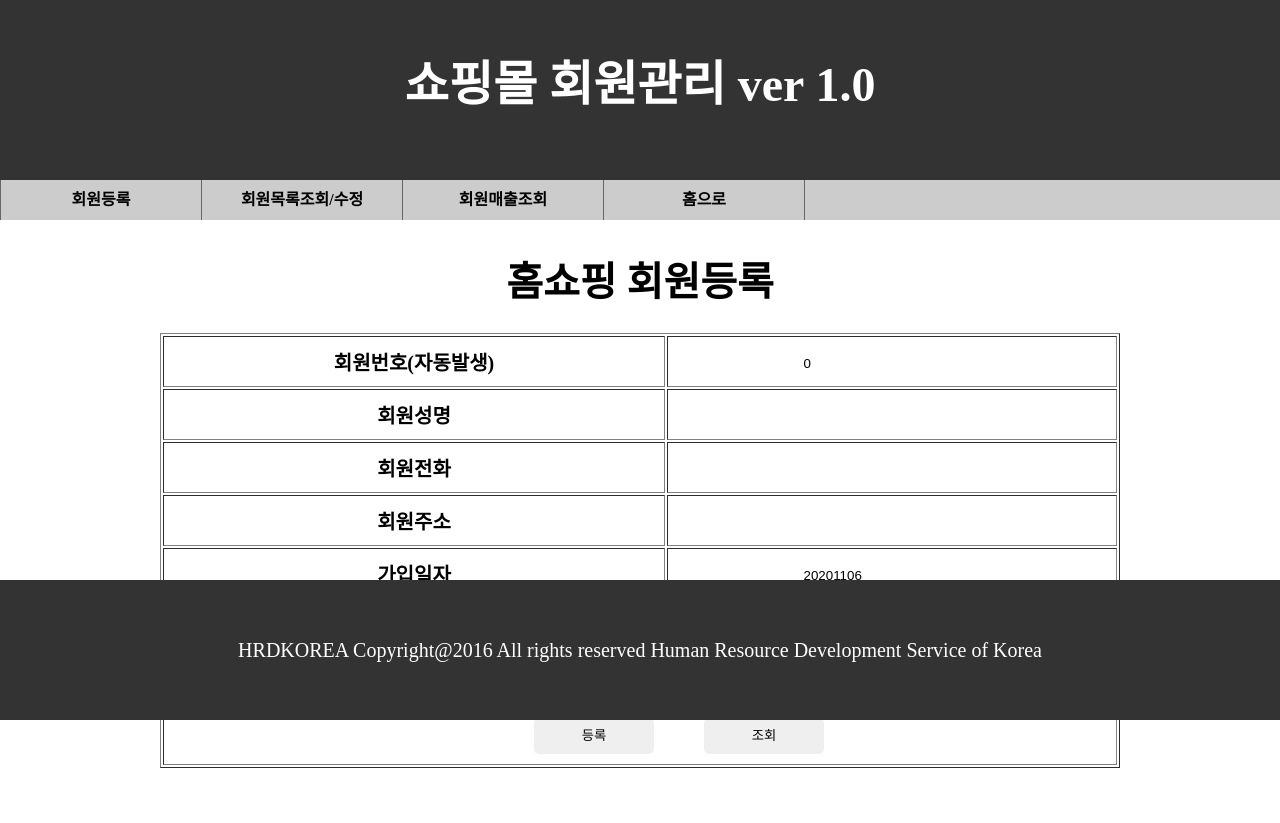
Repository: jsky1234/NCS
Page: http://localhost/HRD_1/memberIns.jsp
An editor plug-in stored every save of this project. The page is shown before and after the next save, followed by the edit.
The browser window is 1280 px wide. The pictures show the whole page.
The page is served by Tomcat 9. Queries for data that is not in the repository find no rows.

Above is the page before, as saved 2020-11-10 05:12:33.
Console error: ReferenceError: form is not defined

### ncs1/HRD_1/WebContent/memberIns.jsp
<%@ page language="java" contentType="text/html; charset=UTF-8"
    pageEncoding="UTF-8"%>
<%@ page import="java.sql.PreparedStatement" %>
<%@ page import="java.sql.DriverManager" %>
<%@ page import="java.sql.Connection" %>
<%@ page import="java.sql.ResultSet" %>
<%@ page import="DBPKG.DBcon" %>
<%@ page import="java.util.*, java.text.*" %>
<%@ include file="admin_header.jsp" %>
<style>
.main_help { width: 960px; margin: 25px auto; font-size: 20px; }
.main_help ol { padding-top: 5px; }
.tb { display: table; border 1px solid #333; width: 960px; text-align: center;}
.tb tr { display: table-row; }
.tb td, .tb th { display: table-cell; padding: 10px; }
.tb th { width: 480px; }
button { display: block; float: left; width: 120px; line-height: 36px; text-align: center; margin-right: 25px; margin-left: 25px; border-radius: 5px ;}
button:first-child { margin-left: 360px;}
</style>
<%@ include file="admin_nav.jsp" %>
<%
request.setCharacterEncoding("utf-8");

Connection conn = null;
PreparedStatement pstmt = null;
ResultSet rs;

Date date = new Date();
SimpleDateFormat simple = new SimpleDateFormat("yyyyMMdd");
String sdate = simple.format(date);

	try {
		conn = DBcon.getConnection();
		String sql = "SELECT * FROM member_tbl_02 ORDER BY custno DESC";
		pstmt = conn.prepareStatement(sql);
		rs = pstmt.executeQuery();

		int i = 0, num = 0;
		while(rs.next()) {
			num = rs.getInt("custno");
			i++;
			num++;
			if(i > 0) break;
		}
%>
<main class="content">
	<section class="page" id="page1">
		<h2 class="page_tit">홈쇼핑 회원등록</h2>
		<div class="main_help">
			<form name="register1" id="register1" action="memberInsPro.jsp" method="get">
				<table class="tb" border="1">
					<tbody>
						<tr>
							<th><label for="custno">회원번호(자동발생)</label></th>
							<td><input type="text" name="custno" id="custno" value="<%=num%>" /></td>
						</tr>
						<tr>
							<th><label for="custname">회원성명</label></th>
							<td><input type="text" name="custname" id="custname" /></td>
						</tr>
						<tr>
							<th><label for="phone">회원전화</label></th>
							<td><input type="text" name="phone" id="phone" /></td>
						</tr>
						<tr>
							<th><label for="address">회원주소</label></th>
							<td><input type="text" name="address" id="address" /></td>
						</tr>
						<tr>
							<th><label for="joindate">가입일자</label></th>
							<td><input type="text" name="joindate" id="joindate" value="<%=sdate%>" /></td>
						</tr>
						<tr>
							<th><label for="grade">고객등급(A:VIP, B:일반, C:직원)</label></th>
							<td>
								<select name="grade" id="grade">
									<option value="">선택안함</option>
									<option value="A">A</option>
									<option value="B">B</option>
									<option value="C">C</option>
								</select>
							</td>
						</tr>
						<tr>
							<th><label for="city">도시코드</label></th>
							<td><input type="text" name="city" id="city" /></td>
						</tr>
						<td colspan="2">
							<button type="button" id="subit_btn">등록</button>
							<button type="button" id="search_btn">조회</button>
						</td>
					</tbody>
				</table>
			</form>
			<script>
			var submit_btn = document.getElementById("submit_btn");
			var search_btn = document.getElementById("search_btn");
			var custname = form.custname
			var phone = form.address
			var grade = form.grade
			var city = form.city

			</script>
		</div>
	</section>
</main>
<%
	} catch(Exception e) {
		System.out.println("ProductBean error : "+e);
	} finally {
		try {
			if(pstmt != null) pstmt.close();
			if(conn != null) conn.close();
		} catch(Exception e) {
			//핸들 에러 프린트
			System.out.println("DB Close error : "+e);
		}
	}
%>
<%@ include file="admin_footer.jsp" %>

### ncs1/HRD_1/WebContent/admin_header.jsp
<%@ page language="java" contentType="text/html; charset=UTF-8"
    pageEncoding="UTF-8"%>
<% request.setCharacterEncoding("utf-8"); %>
<!DOCTYPE html>
<html>
<head>
<meta charset="UTF-8">
<link rel="stylesheet" href="./css/main.css" />
<title>관리자 모드로 로그인 중</title>
</head>
<body>
<header class="hd">
	<h2 class="tit">쇼핑몰 회원관리 ver 1.0</h2>
</header>

### ncs1/HRD_1/WebContent/admin_nav.jsp
<%@ page language="java" contentType="text/html; charset=UTF-8"
    pageEncoding="UTF-8"%>
<nav class="gnb">
	<ul>
		<li><a href="memberIns.jsp">회원등록</a></li>
		<li><a href="">회원목록조회/수정</a></li>
		<li><a href="">회원매출조회</a></li>
		<li><a href="admin.jsp">홈으로</a></li>
	</ul>
</nav>

### ncs1/HRD_1/WebContent/admin_footer.jsp
<%@ page language="java" contentType="text/html; charset=UTF-8"
    pageEncoding="UTF-8"%>
<footer class="ft">
	<div class="ft_wrap">
		<div class="admin_copy">
			<p class="copyright">HRDKOREA Copyright@2016 All rights reserved Human Resource Development Service of Korea</p>
		</div>
	</div>
</footer>
</body>
</html>

### ncs1/HRD_1/src/DBPKG/DBcon.java
package DBPKG;

import java.sql.Connection;
import java.sql.DriverManager;
import java.sql.SQLException;

public class DBcon {
	public static Connection getConnection() throws Exception{
		Class.forName("oracle.jdbc.OracleDriver");
		Connection con = DriverManager.getConnection("jdbc:oracle:thin:@//localhost:1521/xe", "sky", "1234");
		return con;
	}
}

### ncs1/HRD_1/WebContent/css/main.css
@charset "UTF-8";

* { margin: 0; padding: 0; }
body, html { width: 100%; height: 100%; }
ul { list-style : none; }
a { text-decoration: none; }
button, label, input { outline: 0; border: 0; user-select: none; }
img { border: 0; }
ol { padding: 30px; }

.hd { clear: both; min-height: 180px; background-color: #333; }
.tit { font-size: 48px; text-align: center; line-height: 140px; color: #fff; padding-top: 15px;}
.gnb { clear: both; height: 40px; background-color: #cccccc; }
.gnb li { float: left; min-width: 120px; width: auto; }
.gnb a { display:block; text-align: center; line-height: 40px; width: 200px; height: 40px; color: #000000; font-weight: 700; border-left: 1px solid #666666; }
.gnb li:last-child { border-right: 1px solid #666666; }

.page { clear: both; padding: 30px 0 30px 0; }
.page_tit { text-align: center; font-size: 40px; }
.item_tit1 { font-size: 24px; margin-top: 30px; }
.item_tit2 { font-size: 18px; margin-top: 40px;}

.ft { clear: both; position: absolute;  width: 100%; bottom: 0; min-height:80px; height: 140px; background-color: #333; }
.copyright { color: #fff; font-size: 20px; text-align: center; margin-top: 20px; line-height: 100px;}

After the next save:
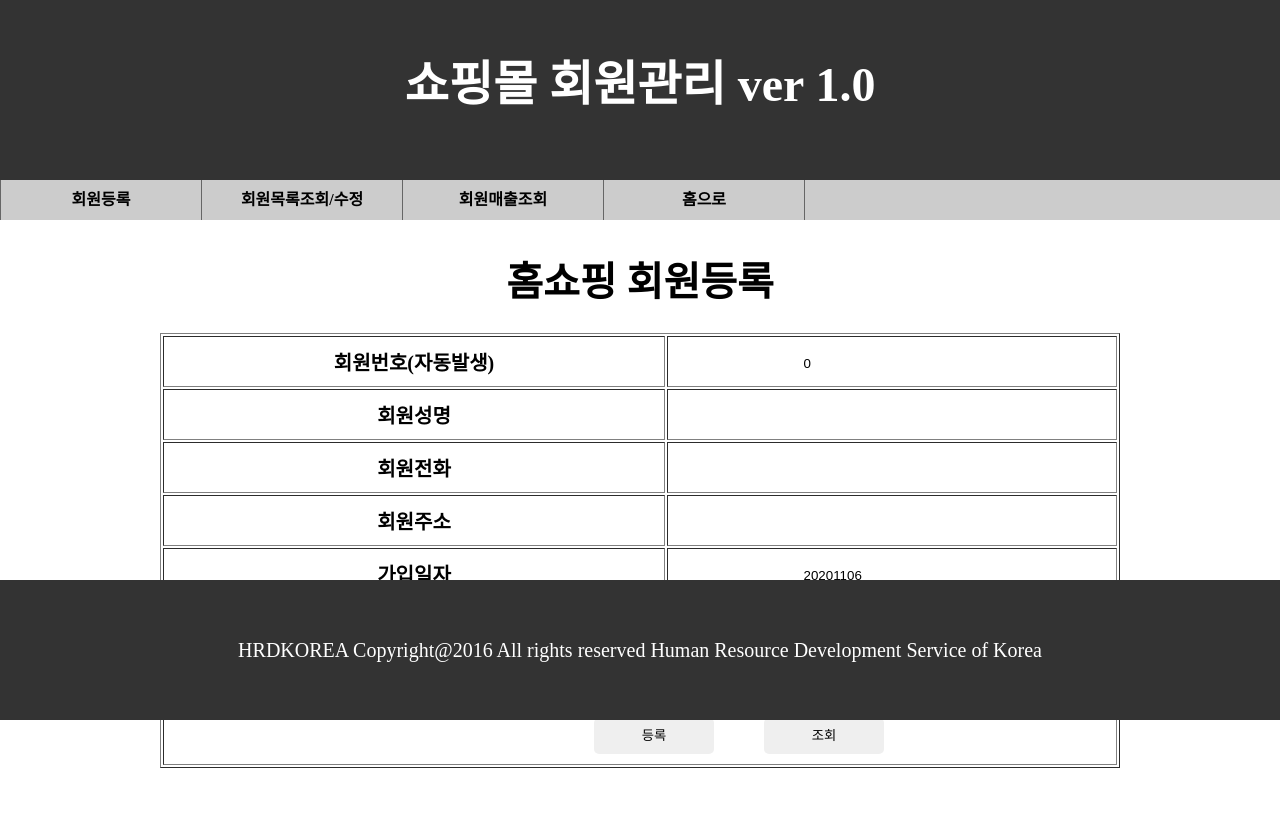
Saved 12 s later.
--- a/ncs1/HRD_1/WebContent/memberIns.jsp
+++ b/ncs1/HRD_1/WebContent/memberIns.jsp
@@ -15,7 +15,7 @@
 .tb td, .tb th { display: table-cell; padding: 10px; }
 .tb th { width: 480px; }
 button { display: block; float: left; width: 120px; line-height: 36px; text-align: center; margin-right: 25px; margin-left: 25px; border-radius: 5px ;}
-button:first-child { margin-left: 360px;}
+button:first-child { margin-left: 420px;}
 </style>
 <%@ include file="admin_nav.jsp" %>
 <%

After the save that followed:
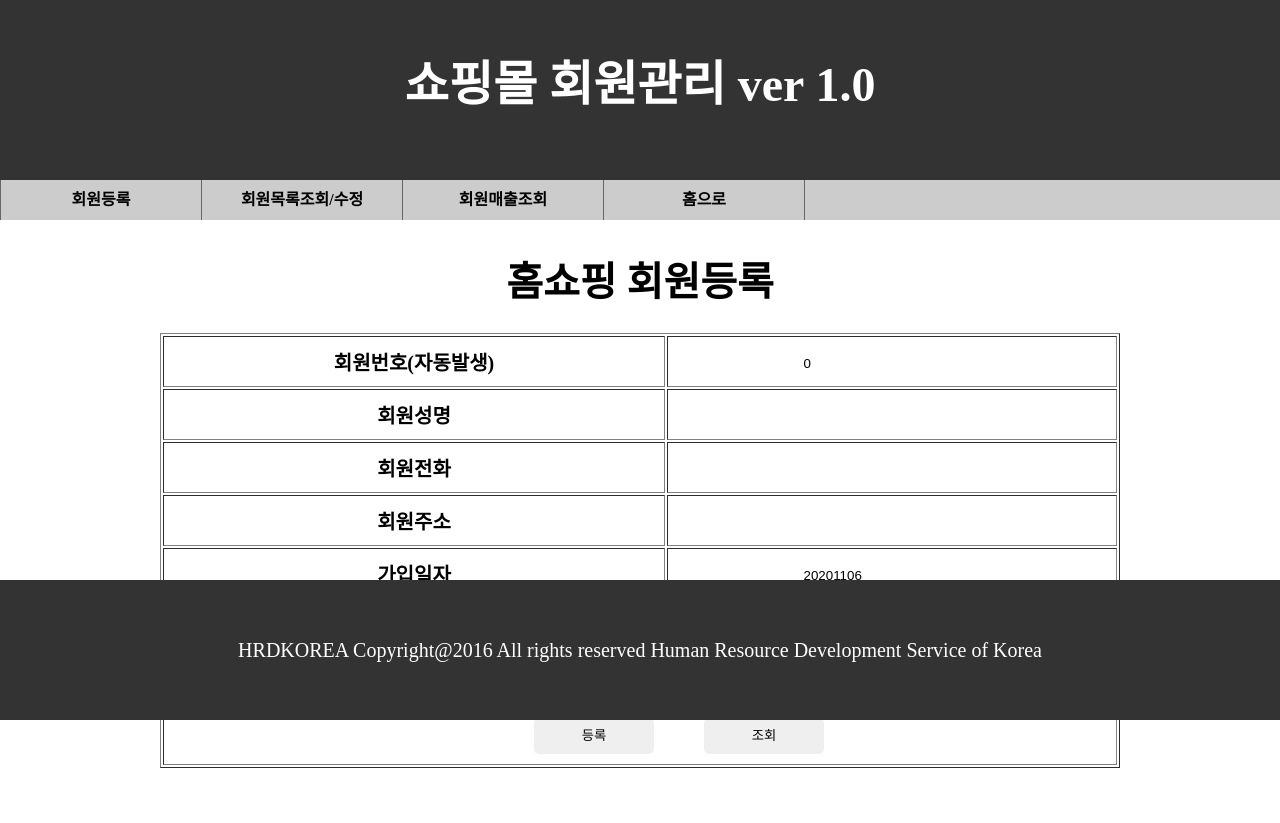
Saved 6 s later.
--- a/ncs1/HRD_1/WebContent/memberIns.jsp
+++ b/ncs1/HRD_1/WebContent/memberIns.jsp
@@ -15,7 +15,7 @@
 .tb td, .tb th { display: table-cell; padding: 10px; }
 .tb th { width: 480px; }
 button { display: block; float: left; width: 120px; line-height: 36px; text-align: center; margin-right: 25px; margin-left: 25px; border-radius: 5px ;}
-button:first-child { margin-left: 420px;}
+button:first-child { margin-left: 360px;}
 </style>
 <%@ include file="admin_nav.jsp" %>
 <%
